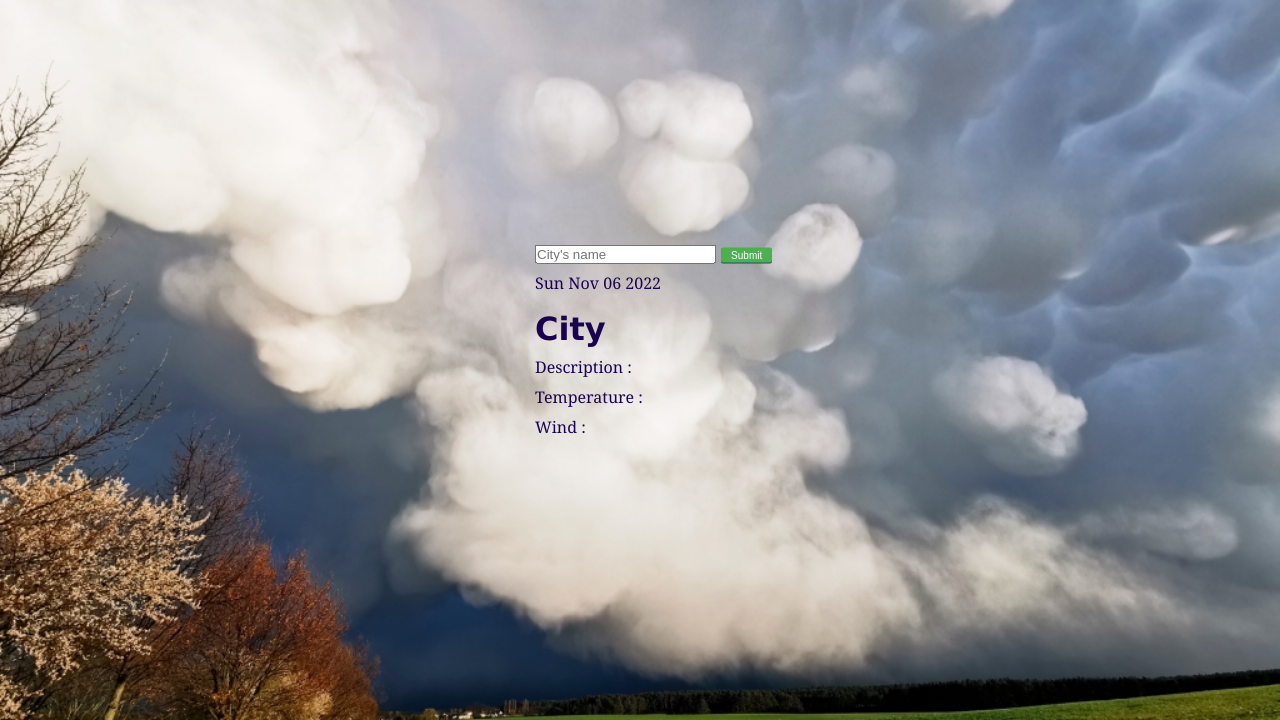
Repository: heartbreathing/searchWeather
Page: index.html
These files come from the project's save history. The page is drawn as it stood at one moment and after the next save; the edit follows.
The browser window is 1280 px wide. The pictures show the whole page.

Above is the page before, as saved 2022-11-06 23:40:35.

After the next save:
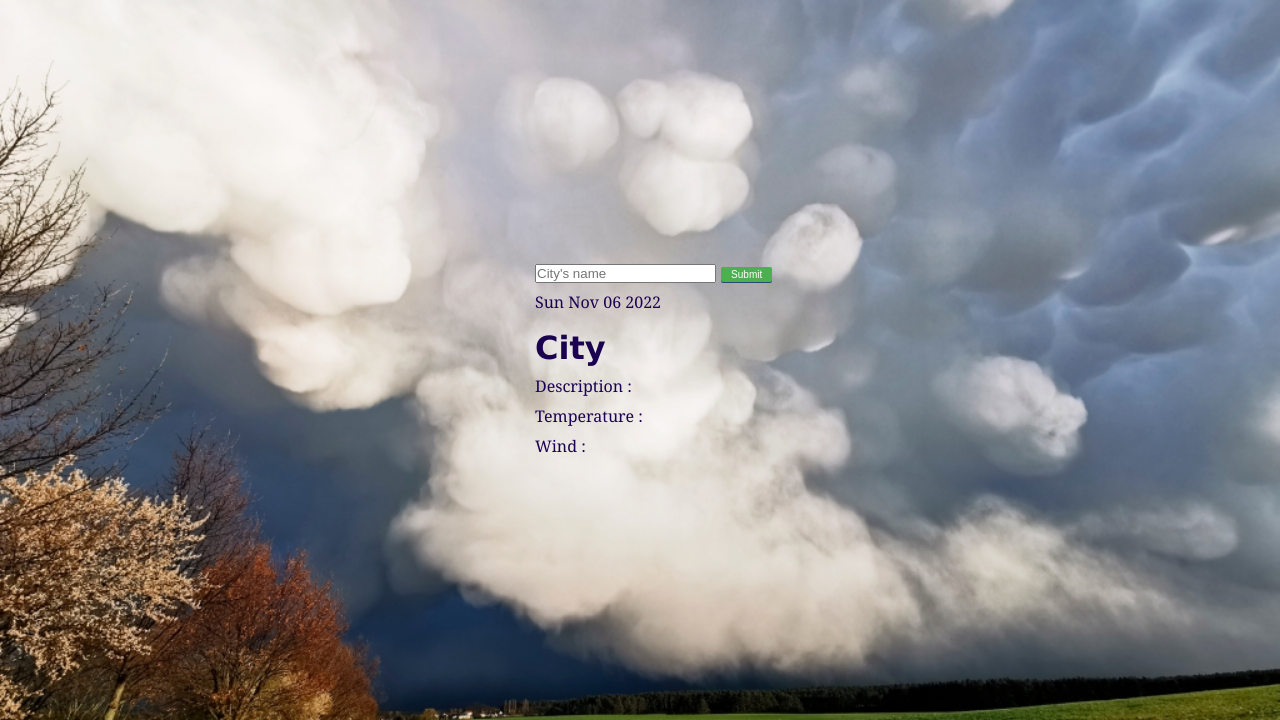
Saved 98 s later.
--- a/index.css
+++ b/index.css
@@ -17,7 +17,7 @@ body {
     width: 300px;
     top:50%;
     left:50%;
-    transform: translate(-35%, -60%);
+    transform: translate(-35%, -50%);
     row-gap: 1rem;
 }
 h1 {
